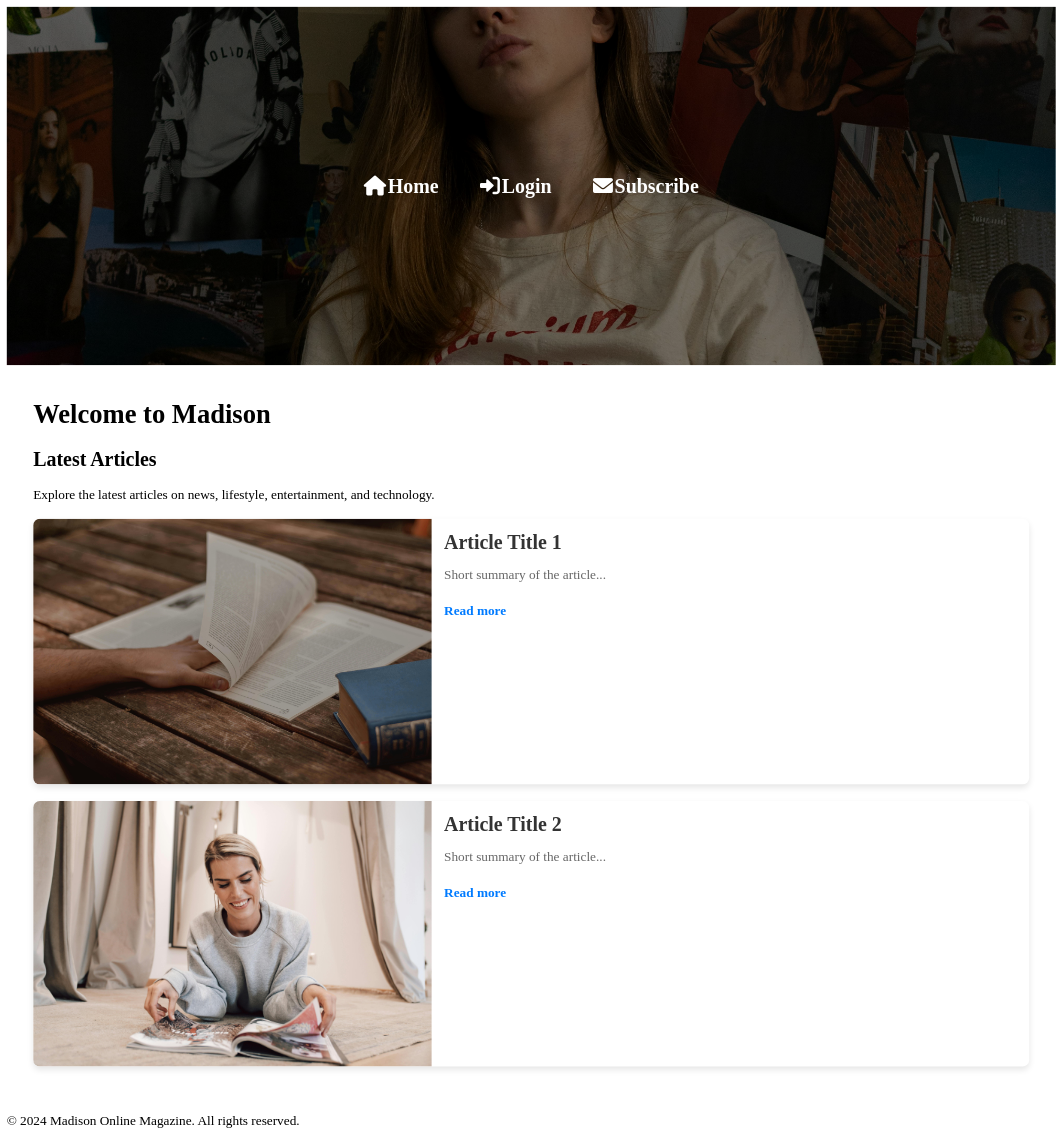
Repository: Anukb/Madison-Magazine-
Page: http://localhost/
These files come from the project's save history. The page is drawn as it stood at one moment and after a run of saves; the edit follows.
The browser window is 1280 px wide. The pictures show the whole page, at 83% of full size.
The page is served by the project's application, run on Django 5.2 (manage.py).

Above is the page before, as saved 2024-08-13 06:40:08.

After the next 2 saves:
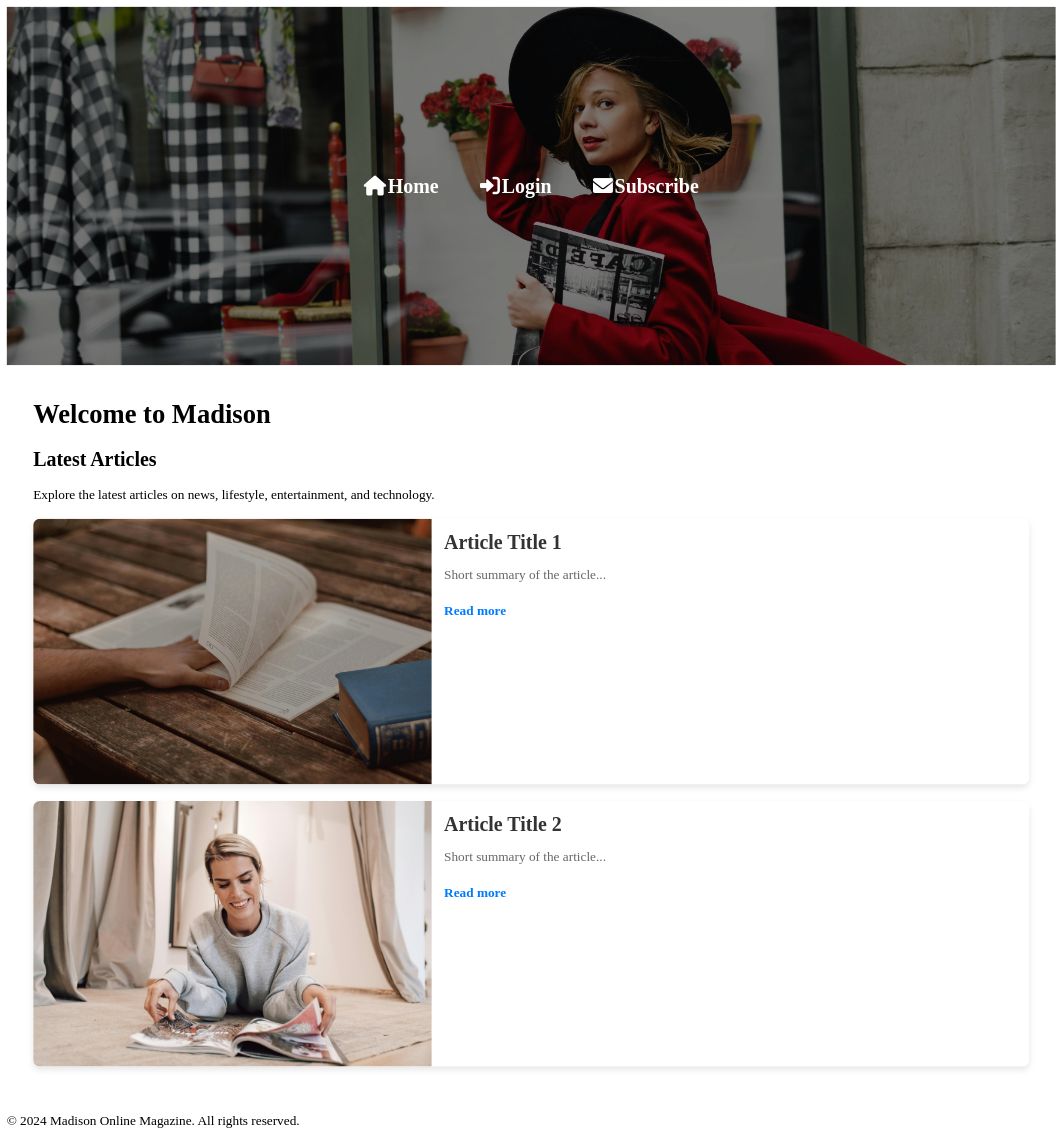
The 2 saves are shown as one change because they came seconds apart.
The last was saved 3 min 48 s later.
--- a/myapp/templates/home.html
+++ b/myapp/templates/home.html
@@ -13,7 +13,7 @@
 
     <main>
         <div class="image-container">
-            <img src="{% static 'images/img1.jpg' %}" alt="Cover Image">
+            <img src="{% static 'images/img4.jpg' %}" alt="Cover Image">
             <div class="overlay">
                 <nav class="overlay-nav">
                     <ul>

After the save that followed:
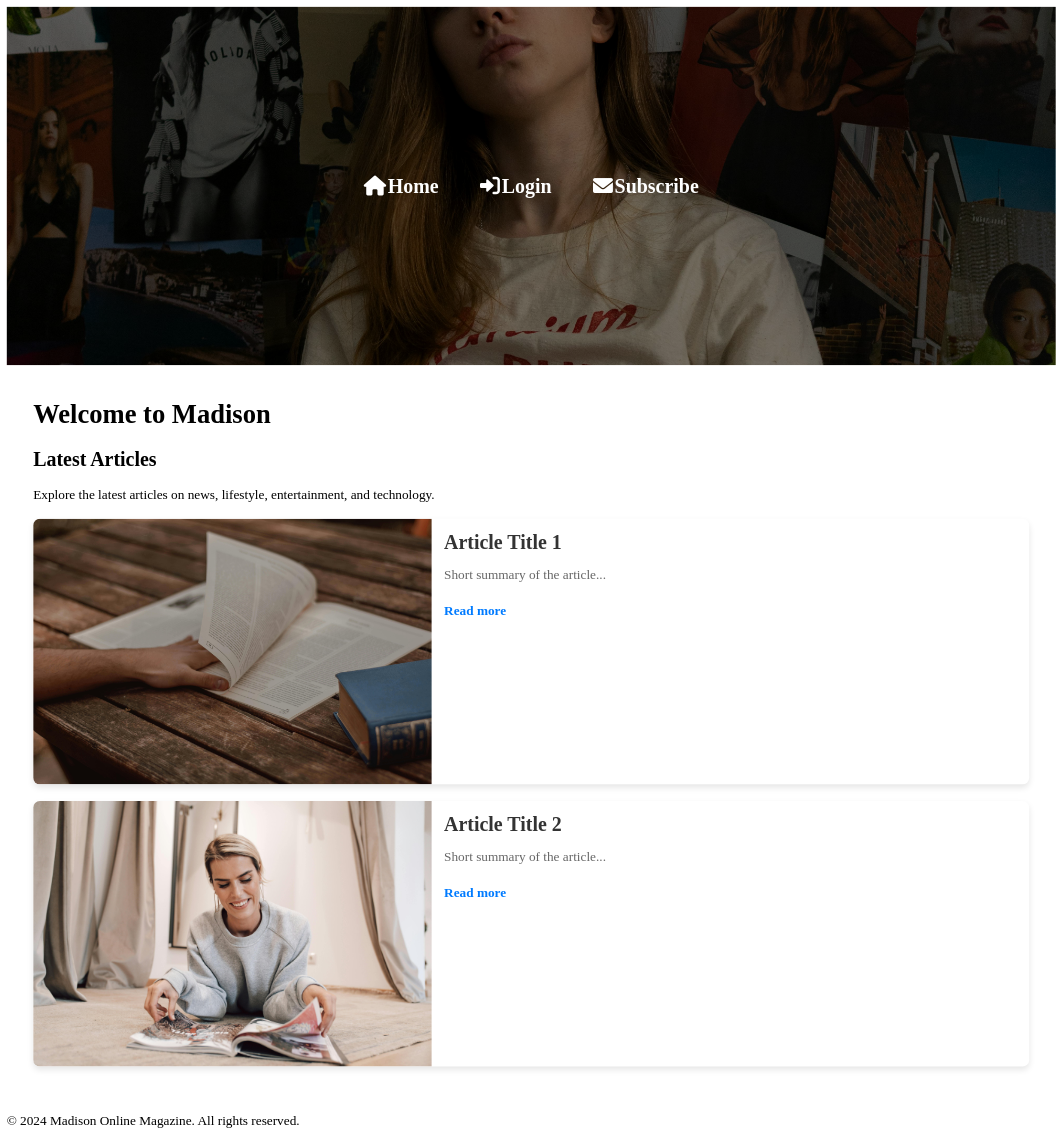
Saved 20 s later.
--- a/myapp/templates/home.html
+++ b/myapp/templates/home.html
@@ -13,7 +13,7 @@
 
     <main>
         <div class="image-container">
-            <img src="{% static 'images/img4.jpg' %}" alt="Cover Image">
+            <img src="{% static 'images/img1.jpg' %}" alt="Cover Image">
             <div class="overlay">
                 <nav class="overlay-nav">
                     <ul>
